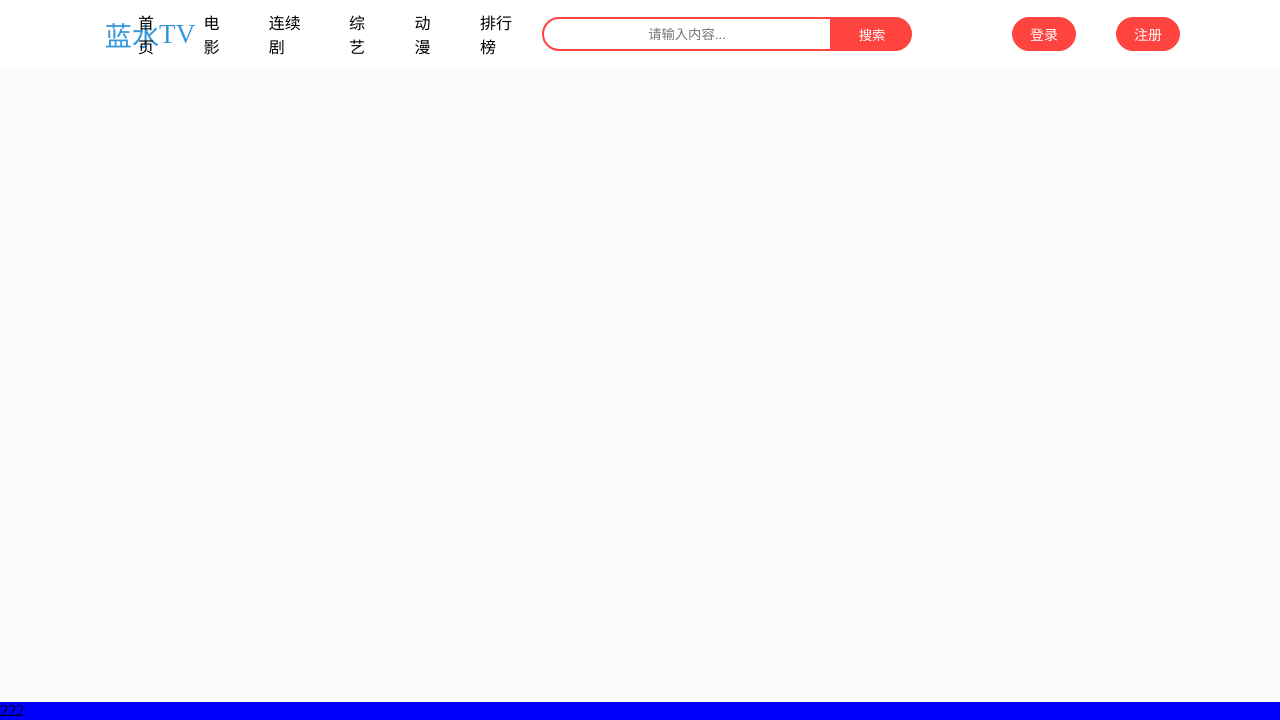
Repository: 842992406/blueWaterTV
Page: index.html
An editor plug-in stored every save of this project. The page is shown before and after the next save, followed by the edit.
The browser window is 1280 px wide. The pictures show the whole page.

Above is the page before, as saved 2022-05-05 16:35:50.

After the next save:
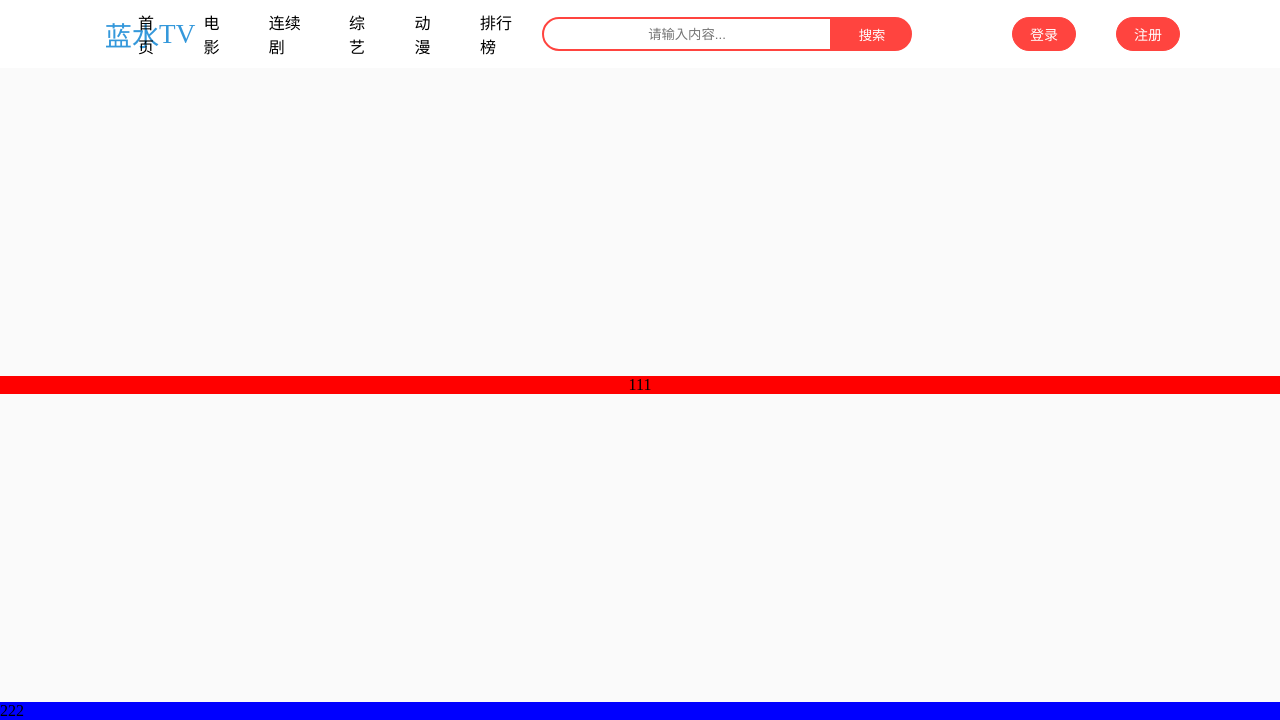
Saved 60 s later.
--- a/css/index.css
+++ b/css/index.css
@@ -10,7 +10,7 @@
   display: flex;
   flex-direction: column;
   justify-content: space-between;
-  align-items: space-between;
+  align-items: center;
   background-color: rgb(250, 250, 250);
 }
 
@@ -21,7 +21,7 @@
 
 header{
   /* 设置头固定不动 */
-  position:fixed;
+  /* position:fixed; */
   right:0;
   top:0;
   width: 100vw;

After the save that followed:
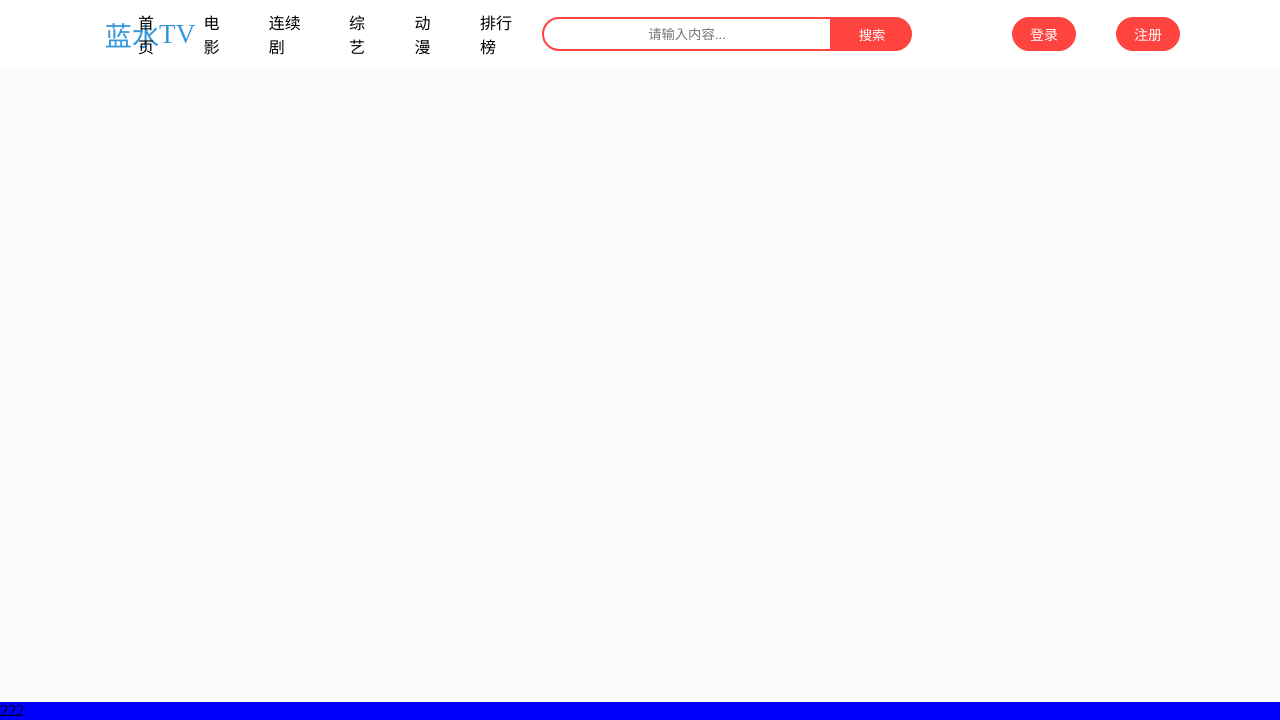
Saved 5 s later.
--- a/css/index.css
+++ b/css/index.css
@@ -21,7 +21,7 @@
 
 header{
   /* 设置头固定不动 */
-  /* position:fixed; */
+  position:fixed;
   right:0;
   top:0;
   width: 100vw;
